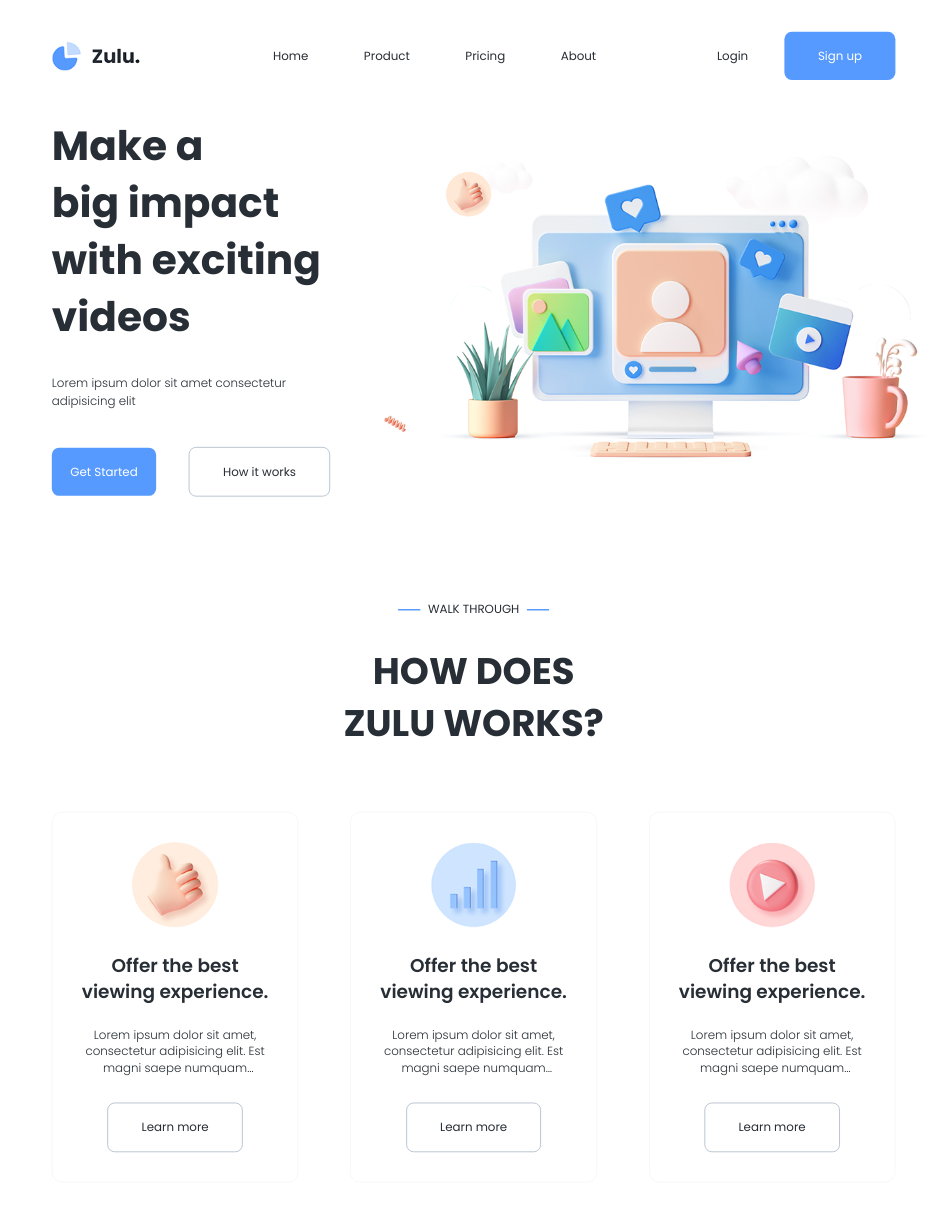
Repository: baodien1405/zulu-landing-page
Page: index.html
An editor plug-in stored every save of this project. The page is shown before and after a run of saves, followed by the edit.
The browser window is 1280 px wide. The pictures show the whole page, at 74% of full size.
The style sheet was rebuilt from its Sass, Less or Tailwind sources for each picture, by a compiler version that may differ from the author's.

Above is the page before, as saved 2021-06-22 17:03:54.

### index.html
<!DOCTYPE html>
<html lang="en">
<head>
  <meta charset="UTF-8">
  <meta http-equiv="X-UA-Compatible" content="IE=edge">
  <meta name="viewport" content="width=device-width, initial-scale=1.0">
  <link rel="preconnect" href="https://fonts.gstatic.com">
  <link href="https://fonts.googleapis.com/css2?family=Poppins:wght@300;400;600;700&display=swap" rel="stylesheet">
  <link rel="stylesheet" href="./styles.css">
  <title>Zulu</title>
</head>
<body>
  <div class="wrapper">
    <div class="container">
      <!-- Header -->
      <header class="header">
        <a href="index.html" class="header-logo">
          <img src="/images/logo.png" alt="" class="header-logo-image">
        </a>
        <ul class="header-menu">
          <li class="header-menu-item">
            <a href="#" class="header-menu-link">Home</a>
          </li>
          <li class="header-menu-item">
            <a href="#" class="header-menu-link">Product</a>
          </li>
          <li class="header-menu-item">
            <a href="#" class="header-menu-link">Pricing</a>
          </li>
          <li class="header-menu-item">
            <a href="#" class="header-menu-link">About</a>
          </li>
        </ul>
        <div class="header-auth">
          <a href="#" class="button">Login</a>
          <a href="#" class="button button--primary">Sign up</a>
        </div>
      </header>

      <!-- Banner -->
      <section class="banner">
        <div class="banner-info">
          <h1 class="banner-heading">
            <span>Make a</span> <span>big impact</span> <span>with exciting</span> <span>videos</span>
          </h1>
          <p class="banner-desc">
            Lorem ipsum dolor sit amet consectetur adipisicing elit
          </p>
          <div class="banner-links">
            <a href="#" class="button button--primary">Get Started</a>
            <a href="#" class="button button--outline">How it works</a>
          </div>
        </div>
        <img src="./images/img1.png" alt="" class="banner-image">
      </section>

      <!-- Work  -->
      <section class="work">
        <div class="block">
          <span class="block-caption">Walk Through</span>
          <h2 class="block-heading"><span>How does</span> <span>Zulu works?</span></h2>
        </div>
        <div class="work-list">
          <div class="work-item">
            <img src="./images/img2.png" alt="" class="work-image" />
            <h3 class="work-title">Offer the best viewing experience.</h3>
            <p class="work-desc">Lorem ipsum dolor sit amet, consectetur adipisicing elit. Est magni saepe numquam explicabo voluptates molestias assumenda, labore pariatur quos, nulla quidem sunt repellat hic doloremque vel! Tempore quisquam laborum praesentium!</p>
            <a href="#" class="button button--outline">Learn more</a>
          </div>
          <div class="work-item">
            <img src="./images/img3.png" alt="" class="work-image" />
            <h3 class="work-title">Offer the best viewing experience.</h3>
            <p class="work-desc">Lorem ipsum dolor sit amet, consectetur adipisicing elit. Est magni saepe numquam explicabo voluptates molestias assumenda, labore pariatur quos, nulla quidem sunt repellat hic doloremque vel! Tempore quisquam laborum praesentium!</p>
            <a href="#" class="button button--outline">Learn more</a>
          </div>
          <div class="work-item">
            <img src="./images/img4.png" alt="" class="work-image" />
            <h3 class="work-title">Offer the best viewing experience.</h3>
            <p class="work-desc">Lorem ipsum dolor sit amet, consectetur adipisicing elit. Est magni saepe numquam explicabo voluptates molestias assumenda, labore pariatur quos, nulla quidem sunt repellat hic doloremque vel! Tempore quisquam laborum praesentium!</p>
            <a href="#" class="button button--outline">Learn more</a>
          </div>
        </div>
      </section>
    </div>
  </div>
</body>
</html>

### styles.scss
@import "variables";
@import "global";
@import "header";
@import "banner";
@import "work";

### _variables.scss
$gray-dark: #272e35;
$gray-blur: #a5b2c3;
$primary-color: #579aff;
$gray-line: #f4f4f4;

### _global.scss
* {
  margin: 0;
  padding: 0;
  box-sizing: border-box;
}

body {
  overflow-x: hidden;
  color: $gray-dark;
}

img {
  display: block;
  max-width: 100%;
}

a {
  text-decoration: none;
}

body {
  font-family: "Poppins", sans-serif;
  font-size: 16px;
  line-height: 1;
  background-color: #fff;
}

.wrapper {
  max-width: 1440px;
  margin: 0 auto;
}

.container {
  max-width: 1170px;
  padding: 0 15px;
  margin: 0 auto;
}

.button {
  display: inline-block;
  font-size: 16px;
  padding: 20px 45px;
  color: $gray-dark;
  background-color: transparent;
  border-radius: 10px;
  line-height: normal;
  &--primary {
    color: #fff;
    background-color: $primary-color;
  }
  &--outline {
    border: 1px solid $gray-blur;
  }
}

.block {
  text-align: center;
  display: flex;
  align-items: center;
  justify-content: center;
  flex-direction: column;
  margin-bottom: 85px;

  &-caption {
    text-transform: uppercase;
    margin-bottom: 40px;
    position: relative;
    display: inline-block;
    padding: 0 10px;
  }

  &-caption::before {
    left: 0;
    transform: translate(-100%, -50%);
  }

  &-caption::after {
    right: 0;
    transform: translate(100%, -50%);
  }

  &-caption::before,
  &-caption::after {
    position: absolute;
    content: "";
    width: 30px;
    height: 2px;
    background-color: $primary-color;
    top: 50%;
  }

  &-heading {
    text-transform: uppercase;
    font-size: 50px;
    line-height: 1.4;

    span {
      display: block;
    }
  }
}

### _header.scss
.header {
  padding-top: 43px;
  display: flex;
  align-items: center;

  &-logo {
    display: block;
    margin-right: 180px;
  }

  &-menu {
    display: flex;
    align-items: center;
    list-style: none;

    &-item:not(:first-child) {
      margin-left: 75px;
    }

    &-link {
      color: $gray-dark;
      transition: color 0.2s ease-in-out;
      &:hover {
        color: $primary-color;
      }
    }
  }

  &-auth {
    margin-left: auto;
  }
}

### _banner.scss
.banner {
  display: flex;
  align-items: center;
  padding-top: 50px;

  &-info {
    width: 35%;
  }

  &-image {
    width: 65%;
    transform: translateX(50px);
  }

  &-heading {
    font-size: 55px;
    line-height: 1.4;
    margin-bottom: 40px;

    & span {
      display: block;
    }
  }

  &-desc {
    font-weight: 300;
    line-height: 1.5;
    margin-bottom: 50px;
  }

  &-links {
    .button:first-child {
      margin-right: 40px;
      padding-left: 25px;
      padding-right: 25px;
    }
  }
}

### _work.scss
.work {
  padding-top: 145px;
  padding-bottom: 50px;

  &-list {
    display: flex;
    justify-content: space-between;
  }

  &-item {
    width: calc(33.33% - 46.67px);
    padding: 40px 30px;
    border: 1px solid $gray-line;
    border-radius: 14px;
    display: flex;
    align-items: center;
    justify-content: center;
    flex-direction: column;
    text-align: center;
    line-height: 1.4;
    transition: all 0.2s linear;
  }

  &-item:hover {
    border-color: transparent;
    box-shadow: 0 0 50px 10px rgba(black, 0.03);
    cursor: pointer;
  }

  &-image {
    // display: inline-block;
    margin-bottom: 35px;
    max-height: 115px;
  }

  &-title {
    font-size: 25px;
    font-weight: 600;
    margin-bottom: 30px;
  }

  &-desc {
    font-weight: 300;
    margin-bottom: 35px;
    display: -webkit-box;
    -webkit-line-clamp: 3;
    -webkit-box-orient: vertical;
    overflow: hidden;
    text-overflow: ellipsis;
    width: 100%;
    max-width: 100%;
    word-break: break-word;
  }
}

After the next 5 saves:
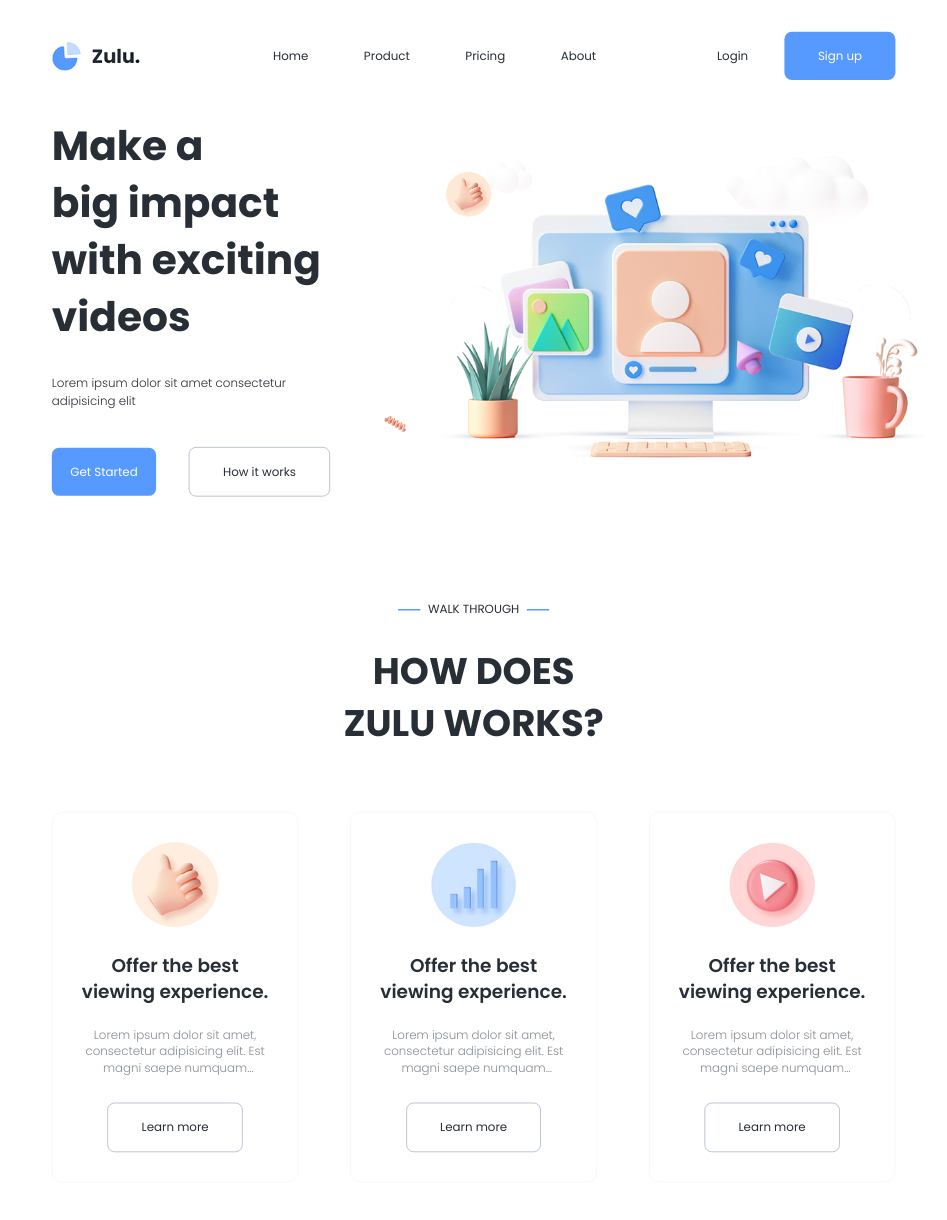
The 5 saves are shown as one change because 4 did not build or start.
The last was saved 4 min 56 s later.
--- a/index.html
+++ b/index.html
@@ -65,19 +65,19 @@
             <img src="./images/img2.png" alt="" class="work-image" />
             <h3 class="work-title">Offer the best viewing experience.</h3>
             <p class="work-desc">Lorem ipsum dolor sit amet, consectetur adipisicing elit. Est magni saepe numquam explicabo voluptates molestias assumenda, labore pariatur quos, nulla quidem sunt repellat hic doloremque vel! Tempore quisquam laborum praesentium!</p>
-            <a href="#" class="button button--outline">Learn more</a>
+            <a href="#" class="button button--outline work-more">Learn more</a>
           </div>
           <div class="work-item">
             <img src="./images/img3.png" alt="" class="work-image" />
             <h3 class="work-title">Offer the best viewing experience.</h3>
             <p class="work-desc">Lorem ipsum dolor sit amet, consectetur adipisicing elit. Est magni saepe numquam explicabo voluptates molestias assumenda, labore pariatur quos, nulla quidem sunt repellat hic doloremque vel! Tempore quisquam laborum praesentium!</p>
-            <a href="#" class="button button--outline">Learn more</a>
+            <a href="#" class="button button--outline work-more">Learn more</a>
           </div>
           <div class="work-item">
             <img src="./images/img4.png" alt="" class="work-image" />
             <h3 class="work-title">Offer the best viewing experience.</h3>
             <p class="work-desc">Lorem ipsum dolor sit amet, consectetur adipisicing elit. Est magni saepe numquam explicabo voluptates molestias assumenda, labore pariatur quos, nulla quidem sunt repellat hic doloremque vel! Tempore quisquam laborum praesentium!</p>
-            <a href="#" class="button button--outline">Learn more</a>
+            <a href="#" class="button button--outline work-more">Learn more</a>
           </div>
         </div>
       </section>
--- a/_variables.scss
+++ b/_variables.scss
@@ -1,4 +1,5 @@
 $gray-dark: #272e35;
 $gray-blur: #a5b2c3;
 $primary-color: #579aff;
-$gray-line: #f4f4f4;
+$gray-light: #f4f4f4;
+$gray: #868d93;
--- a/_work.scss
+++ b/_work.scss
@@ -10,7 +10,7 @@
   &-item {
     width: calc(33.33% - 46.67px);
     padding: 40px 30px;
-    border: 1px solid $gray-line;
+    border: 1px solid $gray-light;
     border-radius: 14px;
     display: flex;
     align-items: center;
@@ -50,5 +50,6 @@
     width: 100%;
     max-width: 100%;
     word-break: break-word;
+    color: $gray;
   }
 }
